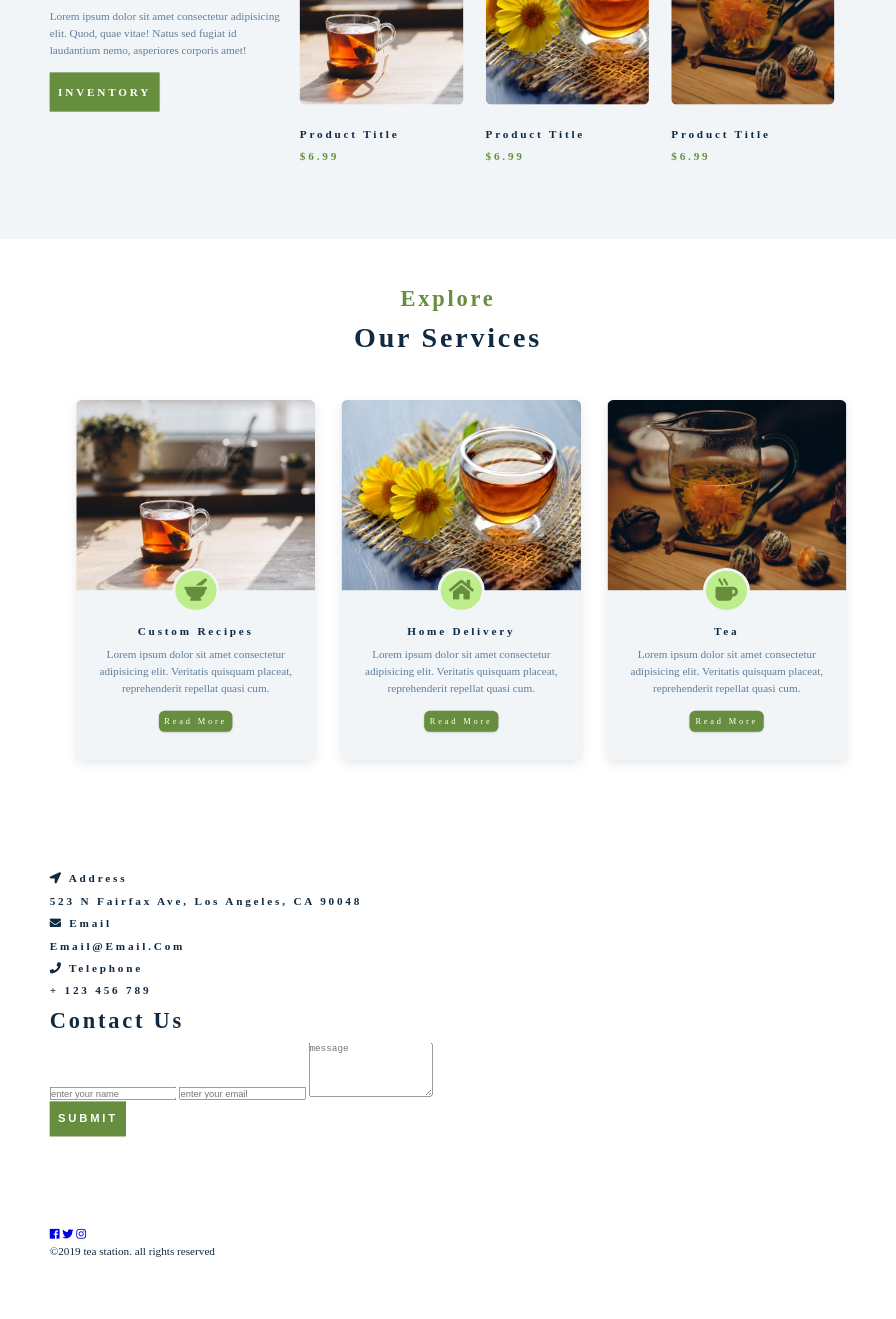
Repository: Ndifoinhilary/building_tea_site
Page: index.html
An editor plug-in stored every save of this project. The page is shown before and after the next save, followed by the edit.
The browser window is 1280 px wide. The pictures show the part of the page from y = 1848 to 3768 px (the page is 3732 px tall before and 3768 px after), at 70% of full size.
Backgrounds fixed to the window are drawn as part of the page. Some web fonts or font styles are not loaded; a fallback is used.

Above is the page before, as saved 2024-01-06 16:56:55.

After the next save:
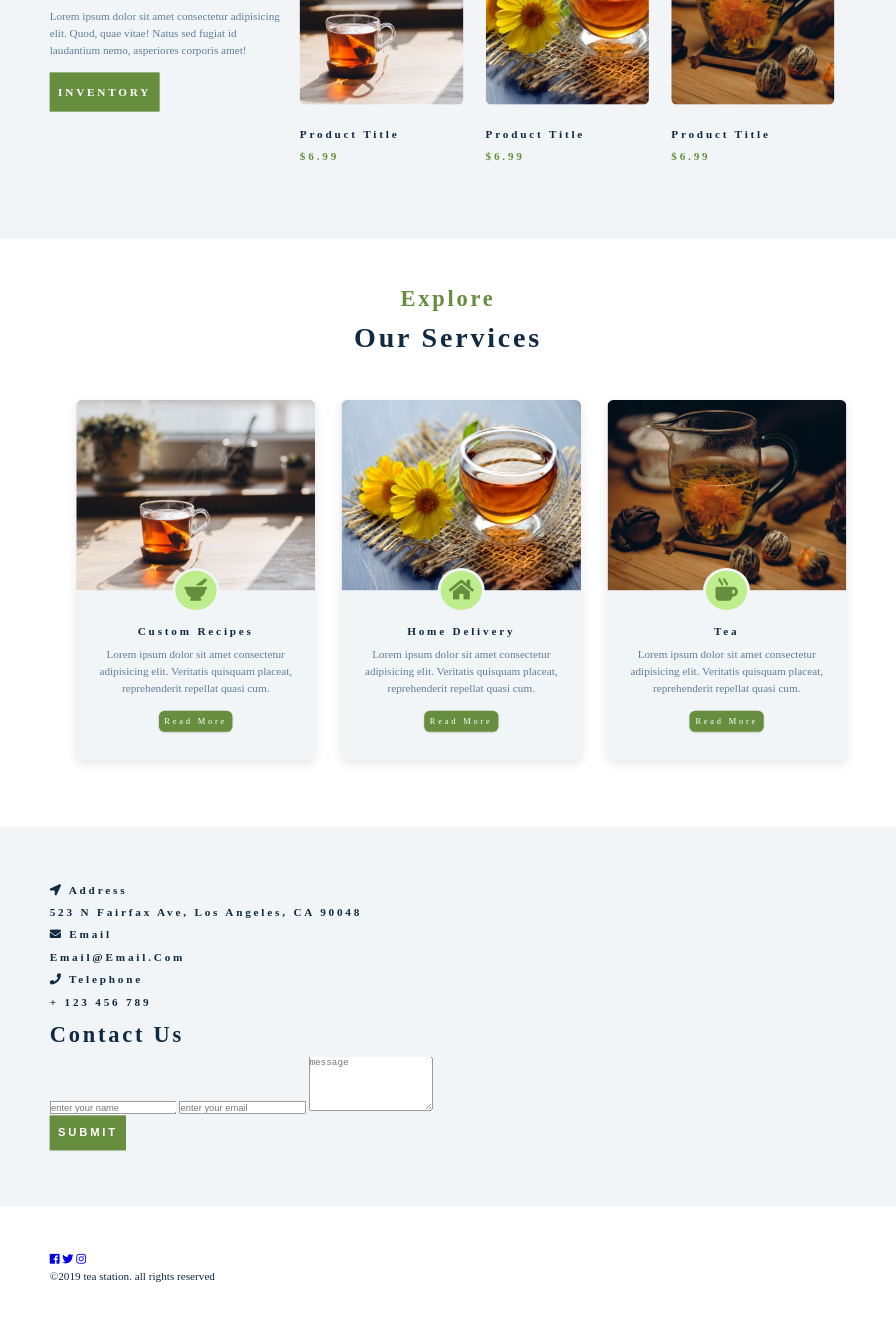
Saved 104 s later.
--- a/css/styles.css
+++ b/css/styles.css
@@ -426,3 +426,13 @@ services section
 /*
 form section
  */
+
+
+ .contact{
+  background: var(--clr-grey-10);
+
+ }
+
+ .contact-form, .contact-info{
+  margin: 1rem 0;
+ }
